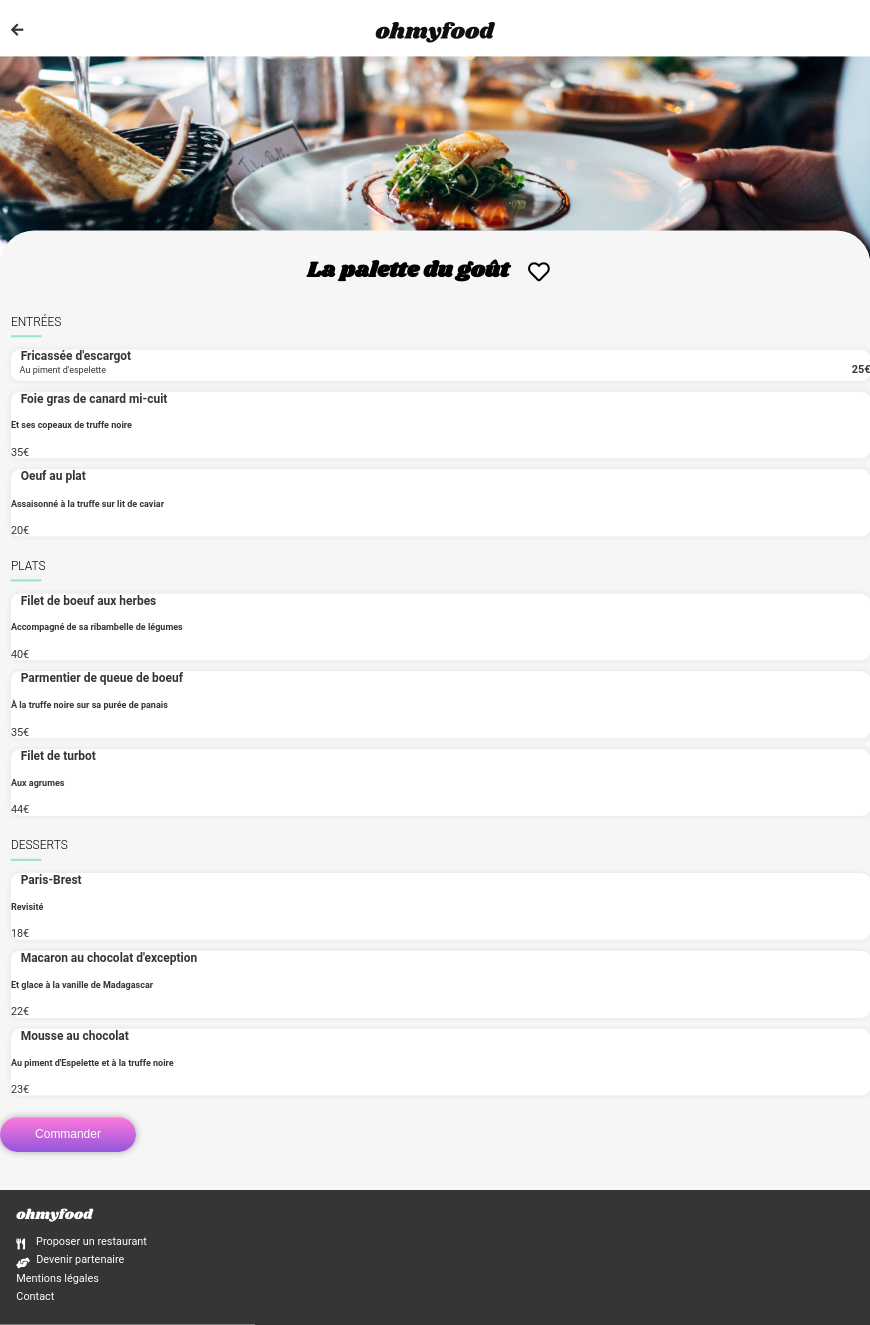
Repository: AlexisTisserand/AlexisTisserand_3_24112020
Page: menu-la-palette-du-gout.html
The author's editor kept a copy of each file at every save. The page is drawn from the files as they stood at one save, then again after the next save.
The browser window is 1280 px wide. The pictures show the whole page, at 68% of full size.
Some web libraries are served in a nearby version. The style sheet was rebuilt from its Sass, Less or Tailwind sources for each picture, by a compiler version that may differ from the author's.

Above is the page before, as saved 2020-12-03 14:23:21.

### menu-la-palette-du-gout.html
<!DOCTYPE html>
<html lang="fr">

<head>
    <meta charset="UTF-8"/>
    <meta name="viewport" content="width=device-width, initial-scale=1">
    <meta name="descritpion" content="Menu - La palette du goût">
    <meta name="author" content="Alexis Tisserand">
    <link rel="stylesheet" href="https://use.fontawesome.com/releases/v5.4.1/css/all.css" integrity="sha384-5sAR7xN1Nv6T6+dT2mhtzEpVJvfS3NScPQTrOxhwjIuvcA67KV2R5Jz6kr4abQsz" crossorigin="anonymous">
    <link rel="stylesheet" href="style.css"/>
    <title>Menu - La palette du goût</title>
</head>
<body>

    <div id=bloc-page>

    <!--HEADER-->

    <header>
        <a href="index.html">
            <i class="fas fa-arrow-left"></i>
        </a>
        <div class="logo">
            <img src="images/logo/ohmyfood@2x.svg" alt="Logo ohmyfood"/>
        </div>
    </header>

    <section>

        <div class="restaurant-img">
            <img src="images/restaurants/la_palette_du_gout-min.jpg" alt="La Palette Du Goût"/>
        </div>

        <div class="restaurant-menu">
            <div class="restaurant-menu--titre">
                <h2>La palette du goût</h2>
                <div class="card-restaurant-legende-heart">
                    <span class="fa-stack">
                        <i class="fas fa-heart fa-stack-2x"></i>
                        <i class="far fa-heart fa-stack-2x"></i>
                    </span>
                </div>
            </div>

            <div class="restaurant-menu-carte">

                <h3>ENTRÉES</h3>

                    <div class="restaurant-menu--plats">
                        <h4>Fricassée d'escargot</h4>
                        <div class="restaurant-menu--plats--accompagnements">
                            <h5>Au piment d'espelette</h5>
                            <p>25€</p>
                        </div>
                    </div>

                    <div class="restaurant-menu--plats">
                        <h4>Foie gras de canard mi-cuit</h4>
                        <h5>Et ses copeaux de truffe noire</h5>
                        <p>35€</p>
                    </div>

                    <div class="restaurant-menu--plats">
                        <h4>Oeuf au plat</h4>
                        <h5>Assaisonné à la truffe sur lit de caviar</h5>
                        <p>20€</p>
                    </div>
            </div>

            <div class="restaurant-menu-carte">

                <h3>PLATS</h3>

                    <div class="restaurant-menu--plats">
                        <h4>Filet de boeuf aux herbes</h4>
                        <h5>Accompagné de sa ribambelle de légumes</h5>
                        <p>40€</p>
                    </div>

                    <div class="restaurant-menu--plats">
                        <h4>Parmentier de queue de boeuf</h4>
                        <h5>À la truffe noire sur sa purée de panais</h5>
                        <p>35€</p>
                    </div>

                    <div class="restaurant-menu--plats">
                        <h4>Filet de turbot</h4>
                        <h5>Aux agrumes</h5>
                        <p>44€</p>
                    </div>
            </div>

            <div class="restaurant-menu-carte">

                <h3>DESSERTS</h3>

                <div class="restaurant-menu--plats">
                    <h4>Paris-Brest</h4>
                    <h5>Revisité</h5>
                    <p>18€</p>
                </div>

                <div class="restaurant-menu--plats">
                    <h4>Macaron au chocolat d'exception </h4>
                    <h5>Et glace à la vanille de Madagascar</h5>
                    <p>22€</p>
                </div>

                <div class="restaurant-menu--plats">
                    <h4>Mousse au chocolat </h4>
                    <h5>Au piment d'Espelette et à la truffe noire</h5>
                    <p>23€</p>
                </div>
            </div>

            <button class="description-ohmyfood-explorer" type="button">Commander</button>

        </div>
    </section>

    <footer>
        <h2>ohmyfood</h2>
        <div class="footer-img-text">
            <i class="fas fa-utensils"></i>
            <h3>Proposer un restaurant</h3>
        </div>
        <div class="footer-img-text">
            <i class="fas fa-hands-helping"></i>
            <h3>Devenir partenaire</h3>
        </div>
        <h3>Mentions légales</h3>
        <a href="mailto:ohmyfood@outlook.com"><h3>Contact</h3></a>
    </footer>

</body>
</html>

### sass/style.scss
@import "libs/fonts.scss";
@import "libs/media.scss";

/*COULEURS VARIABLES*/
$primary: #9356DC;
$secondary: #FF79DA;
$tertiary: #99E2D0;
$color-text: #353535;
$color-background: #f6f6f6;
$color-box-shadow :#e5e5e5;

/*VARIABLES TAILLE ET FONT FAMILY*/
$font-family: 'roboto', 'Raleway', 'Trebuchet MS', 'Lucida Sans Unicode', 'Lucida Grande', 'Lucida Sans', Arial, sans-serif;;
$size: 1rem;

/*Extensions*/
.box-shadow{
    box-shadow: 0px 0px 8px 1px $color-box-shadow;
    color: $color-text;
    border: none;
    border-radius: 25px;
    width: 350px;
    background-color: $color-background;
}

.margin-plats{
    margin: 0.5rem 0 0rem 0.9rem;
}

.cercle{
    background-color: $primary;
    color: white;
    padding: 8px;
    border-radius: 50px;
    margin-right: 25px;
    margin-left: -15px;
    width: 15px;
    height: 15px;
    text-align: center;
    align-content: center;
    font-size: $size;
    line-height: 15px;
    font-weight: light;
}

.transition-background{
    transition: background-color 200ms;
}

body{
    background-color: white;
    font-family: $font-family;
    margin: auto;
}

a{
    text-decoration: none;
    color: black;
}

#bloc-page{
    width: 100%;
    margin: auto;
    max-width: 2000px;
    min-width: 100px;
}

/*HEADER*/

header{
    text-align: center;
    .logo{
        margin-top: $size + 1rem;
        img{
            width: $size + 10rem;
        }
    }
}

.search-bar{
    display: flex;
    background-color: #EAEAEA;
    box-shadow: 0px -2px 5px 0px #CFCFCF;
    height: $size + 2rem;
    margin-top: 1rem;
    align-items: center;
    justify-content: center;
    .fas{
        font-size: $size;
        margin-bottom: 1rem;
    }
    .search-bar-button{
        color: $color-text;
        font-size: $size + 0.5rem;
    }
    .search-bar-text-input{
        outline: none;
        padding: 0;
        background-color: #EAEAEA;
        border: none;
        color: $color-text;
        font-size: $size;
        font-weight: bold;
        text-align: center;
        width: 180px;
    }
}

/*SECTION DESCRIPTION*/

#description-ohmyfood{
    display: flex;
    flex-direction: column;
    background-color: $color-background;
    align-items: center;
    text-align: center;
    h2{
        font-size: $size + 0.7rem ;
        padding: $size;
        margin-bottom: 0;
        margin-top: $size + 0.5rem;
    }
    h3{
        font-size: $size + 0.2rem ;
        font-weight: 300;
        margin-top: 0;
        padding: $size - 0.5rem, $size + 1rem ;
    }
    button{
        font-size: $size + 0.1rem;
        margin-top: $size;
        font-weight: normal;
        color: white;
        background: linear-gradient($secondary, $primary);
        position: relative;
        border: none;
        box-shadow: 0px 0px 10px 1px #b6b3b3;
        border-radius: 40px;
        padding: 15px 20px;
        margin-bottom: $size + 2.5rem;
        transition: transform cubic-bezier(1,0,0,1) 500ms, background 500ms, ;
        &:hover{
            background: lighten($color: $secondary, $amount: 5);
            box-shadow: 0px 0px 7px 3px #484B4C;
            transform: scale(1.1);
            cursor: pointer;
        }
        &:active{
            border-style: none;
        }
        &:focus{
            outline:none;
        }
}


}

/*FONCTIONNEMENT*/

#fonctionnement{
    display: flex;
    align-items: center;
    flex-direction: column;
    background-color: white;
    h2{
        margin: 3*$size $size $size;
    }
    ul{
        padding: 10px;
        margin-top: - $size;
    }
}

.fonctionnement-nav{
    display: flex;
    flex-wrap: wrap;
    justify-content: space-around;
    &-etape{
        display: flex;
        flex-direction: row;
        align-items: center;
        margin: 15px 30px ;
        @extend .transition-background;
        @extend .box-shadow;
        &:hover{
        background-color: rgba($color:$primary, $alpha: 0.15);
        cursor: pointer;
        &:hover .fas{
        color: $primary;
        }
    }
    h5{
        @extend .cercle;
    }
    .fas{
        margin-right: 15px;
        color: #7e7e7e;
        font-size: $size + 0.2rem;
        margin-right: $size;
        }
    }
    &-etape.active{
        background-color: rgba($color:$primary, $alpha: 0.15);
        .fas{
            color: $primary;
        }
    }
}

/*RESTAURANTS*/

#restaurants{
    display: flex;
    flex-direction: column;
    background-color: $color-background;
    h2{
        margin: 3*$size $size $size;
    }
}

.card-restaurant{
    display: flex;
    position: relative;
    z-index: 1;
    flex-direction: column;
    background-color: white;
    border-radius: 20px;
    box-shadow: 0px 0px 8px 1px $color-box-shadow;
    margin: 15px;
    box-sizing: border-box;
    transition: ease-in-out 200ms;
    &:hover{
        transform: scale(1.01);
    }
    img{
    height: 200px;
    position: relative;
    z-index: 1;
    object-fit: cover;
    width: 100%;
    border-radius: 1rem 1rem 0 0;
    }
    &-nouveau{
        background-color: $tertiary;
        color: #39a98e;
        position: absolute;
        top: 8px;
        right: 16px;
        padding: 7px;
        border-radius: 5px;
        z-index: 2;
    }
    &-legende{
        display: flex;
        flex-direction: row;
        justify-content: space-between;
        &-text{
            display: flex;
            flex-direction: column;
            margin-left: $size;
            h4{
                font-size: $size + 0.2rem;
                margin-top: $size;
                margin-bottom: 0;
            }
            h5{
                margin-top: 0.2 * $size;
                margin-bottom: $size;
                font-weight: 300;
                font-size: $size + 0.1rem;
            }
        }
        &-heart{
            align-self: center;
            margin-right: 2 * $size;
            .fas{
                color: white;
                &:hover{
                    background: red;
                }
            }
            .far{
                color: black;
                &:hover{
                    color:black
                }
            }
        }
    }
}

/*FOOTER*/

footer{
    padding: $size + 0.5rem;
    background-color: $color-text;
    color: white;
    h2{
        font-family: 'Shrikhand';
        font-weight: normal;
        font-size: $size + 0.3rem;
        margin-top: 0;
    }
    h3{
        margin: 0;
        font-weight: 400;
        margin-bottom: 0.5 * $size;
        font-size: initial;
    }
    .footer-img-text{
        display: flex;
        flex-direction: row;
        align-items: center;
        .fas{
            margin-right: $size;
            &.fa-hands-helping{
                margin-right: 0.58* $size;
            }
        }
    }
    a{
        color: white;
    }
}

/*********************************************************/
/*MEDIA QUERIES ACCUEIL*/
/*********************************************************/

/*LARGE DEVICES*/
@media screen and (min-width: 1268px){

    #restaurants{
        display: grid;
        grid-template-columns: repeat(4, 1fr);
        grid-template-rows: auto auto auto ;
        margin-bottom: 0px;
    }   h2{
        grid-column: 1/-1;
    }
}

/*MEDIUM DEVICES*/
@media screen and (max-width: 1267px){

    .fonctionnement-nav{
        justify-content: center;
        &-etape{
            width: 50%;
        }
    }

    #restaurants{
        display: grid;
        grid-template-columns: repeat(2, 1fr);
        grid-template-rows: auto auto auto ;
        h2{
            grid-column: 1/-1;
        }
    }
}

/*SMALL DEVICES*/
@media screen and (max-width: 660px){
    .fonctionnement-nav-etape{
        width: 100%;
    }

    #restaurants{
        display: grid;
        grid-template-columns: 1fr;
        grid-template-rows: auto auto auto ;
        h2{
            grid-column: 1/-1;
        }
    }

}

/*********************************************************/
/*MENU LA PALETTE DU GOÛT*/
/*********************************************************/


header{
    a{
        position: absolute;
        left: $size;
        color: $color-text;
        font-size: $size + 0.3rem;
    }
}

.restaurant-img{
    img{
        object-fit: cover;
        width: 100%;
        height: 300px;
        margin-top: $size;
        position: relative;
        z-index: 0;
    }
}

.restaurant-menu{
    background-color: $color-background;
    border-radius: 50px 50px 0 0;
    margin-top: - 3rem;
    position: relative;
    display: flex;
    z-index: 1;
    flex-direction: column;
    width: 100%;
    &--titre{
        display: flex;
        flex-direction: row;
        justify-content: center;
        align-items: center;
        margin-top: $size;
        h2{
            font-family: 'Shrikhand';
            font-size: $size + 1rem;
            margin-right: $size + 0.5rem;
            margin-left: $size;
        }
    }
    h3{
        font-weight: 300;
        font-size: $size + 0.1rem;
        margin-left: $size;
        border-bottom: $tertiary 3px solid;
        width: 45px;
        padding-bottom: 10px;
    }
    &--plats{
        background-color: white;
        box-shadow: 0px 0px 8px 1px $color-box-shadow;
        color: $color-text;
        border: none;
        border-radius: 13px;
        margin-left: $size;
        margin-bottom: $size;
        h4{
        @extend .margin-plats;
        font-size: $size + 0.1rem;
        }
        &--accompagnements{
            display: flex;
            flex-direction: row;
            align-content: center;
            justify-content: space-between;
            h5{
                font-weight: 400;
                margin: 0.2rem 0 0.5rem 0.8rem;
            }
            p{
                font-weight: bold;
                margin: 0 ;
            }
        }
    }
    button{
        width: 200px;
        font-size: $size + 0.1rem;
        margin-top: $size;
        font-weight: normal;
        color: white;
        background: linear-gradient($secondary, $primary);
        position: relative;
        border: none;
        box-shadow: 0px 0px 10px 1px #b6b3b3;
        border-radius: 40px;
        padding: 15px 20px;
        margin-bottom: $size + 2.5rem;
        transition: transform cubic-bezier(1,0,0,1) 500ms, background 500ms ;
        &:hover{
            background: lighten($color: $secondary, $amount: 5);
            box-shadow: 0px 0px 7px 3px #484B4C;
            transform: scale(1.1);
            cursor: pointer;
        }
        &:active{
            border-style: none;
        }
        &:focus{
            outline:none;
        }
    }
}

### sass/libs/fonts.scss
@font-face {
    font-family: 'robotoregular';
    src: url('Fonts/roboto/Roboto-Regular-webfont.eot');
    src: url('Fonts/roboto/Roboto-Regular-webfont.eot?#iefix') format('embedded-opentype'),
         url('Fonts/roboto/Roboto-Regular-webfont.woff2') format('woff2'),
         url('Fonts/roboto/Roboto-Regular-webfont.woff') format('woff'),
         url('Fonts/roboto/Roboto-Regular-webfont.ttf') format('truetype'),
         url('Fonts/roboto/Roboto-Regular-webfont.svg#robotoregular') format('svg');
    font-weight: normal;
    font-style: normal;

}

@font-face {
    font-family: 'Shrikhand';
    src: url('Fonts/Shrikhand-Regular.eot');
    src: url('Fonts/Shrikhand-Regular.eot?#iefix') format('embedded-opentype'),
        url('Fonts/Shrikhand-Regular.woff2') format('woff2'),
        url('Fonts/Shrikhand-Regular.woff') format('woff'),
        url('Fonts/Shrikhand-Regular.ttf') format('truetype'),
        url('Fonts/Shrikhand-Regular.svg#Shrikhand-Regular') format('svg');
    font-weight: normal;
    font-style: italic;
    font-display: swap;
}

@font-face {
    font-family: 'robotoblack_italic';
    src: url('Fonts/roboto/Roboto-BlackItalic-webfont.eot');
    src: url('Fonts/roboto/Roboto-BlackItalic-webfont.eot?#iefix') format('embedded-opentype'),
         url('Fonts/roboto/Roboto-BlackItalic-webfont.woff2') format('woff2'),
         url('Fonts/roboto/Roboto-BlackItalic-webfont.woff') format('woff'),
         url('Fonts/roboto/Roboto-BlackItalic-webfont.ttf') format('truetype'),
         url('Fonts/roboto/Roboto-BlackItalic-webfont.svg#robotoblack_italic') format('svg');
    font-weight: normal;
    font-style: normal;

}

@font-face {
    font-family: 'robotoblack';
    src: url('Fonts/roboto/Roboto-Black-webfont.eot');
    src: url('Fonts/roboto/Roboto-Black-webfont.eot?#iefix') format('embedded-opentype'),
         url('Fonts/roboto/Roboto-Black-webfont.woff2') format('woff2'),
         url('Fonts/roboto/Roboto-Black-webfont.woff') format('woff'),
         url('Fonts/roboto/Roboto-Black-webfont.ttf') format('truetype'),
         url('Fonts/roboto/Roboto-Black-webfont.svg#robotoblack') format('svg');
    font-weight: normal;
    font-style: normal;

}

### sass/libs/media.scss
@media screen and (max-width: 1266px){

    .fonctionnement-nav-etape{
        margin: 15px 10px;
    }

    .card-restaurants{
        width: 50%;
    }
}

After the next save:
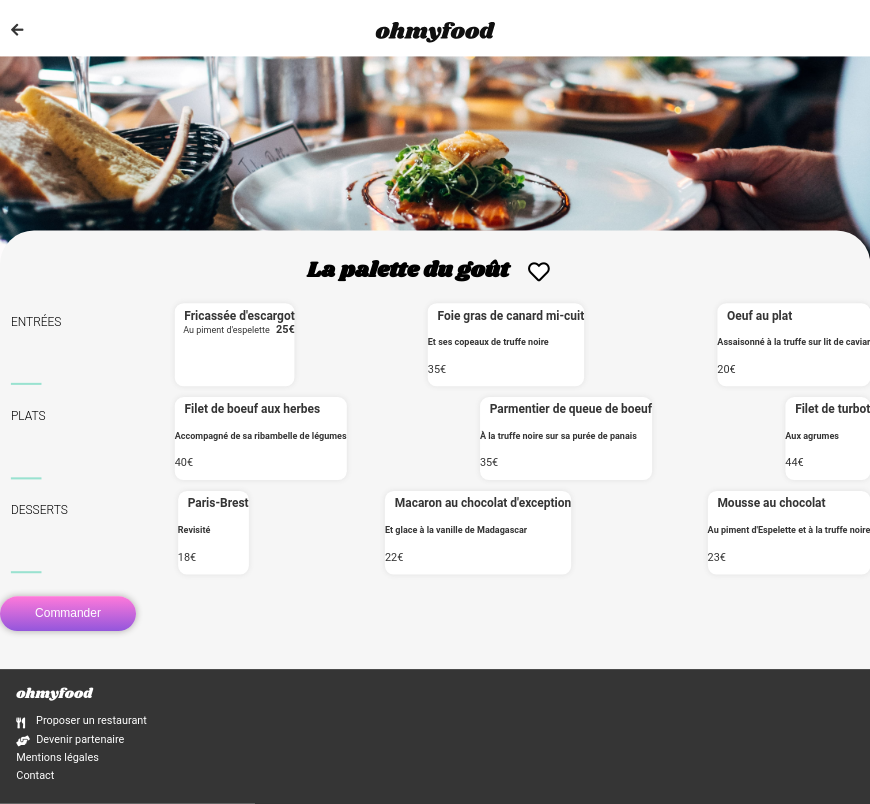
Saved 71 s later.
--- a/sass/style.scss
+++ b/sass/style.scss
@@ -424,6 +424,12 @@ header{
             margin-right: $size + 0.5rem;
             margin-left: $size;
         }
+    }
+    &-carte{
+        display: flex;
+        flex-direction: row;
+        flex-wrap: wrap;
+        justify-content: space-between;
     }
     h3{
         font-weight: 300;
